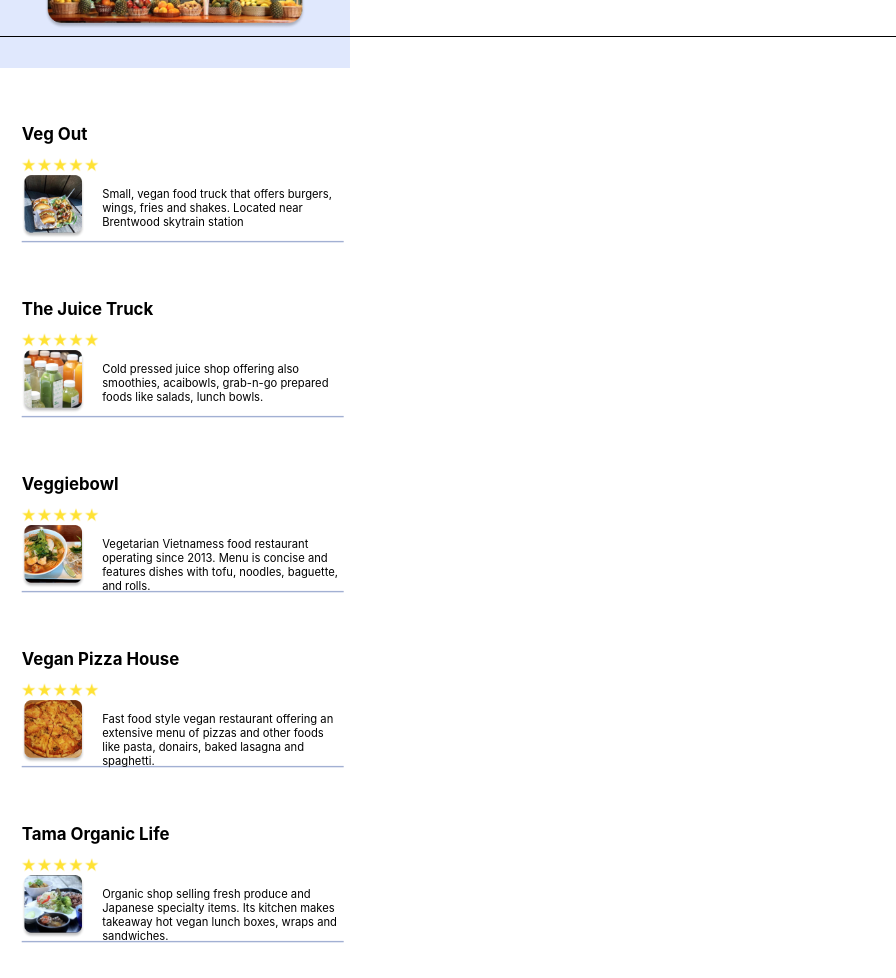
Repository: Kinakopan/design_mindfulEating_site
Page: /restaurant (app in firstapp/)
An editor plug-in stored every save of this project. The page is shown before and after the next save, followed by the edit.
The browser window is 1280 px wide. The pictures show the part of the page from y = 313 to 2233 px (the page is 1710 px tall before and 4380 px after), at 70% of full size.
The project was rebuilt for these pictures with package versions that can differ from the ones it lists, and the page was loaded fresh each time. The framework's server and built-in components were replaced by stand-ins that run in the browser. Also part of the build but not shown: firstapp/next.config.js.

Above is the page before, as saved 2022-04-21 11:37:02.

### firstapp/pages/restaurant.js
import ImgCard from "../comps/ImgCard";
import RestaurantCard from "../comps/RestaurantCard";



export default function Restaurant(){

    return (
    <div>
        <h1>Restaurant</h1>

        <ImgCard
        img="/restaurant.png"
        bg="#E0E8FD"/>


    <main>
        <RestaurantCard>
        </RestaurantCard>

        <RestaurantCard
            img="/juice truck.png"
            h2="The Juice Truck"
            txt="Cold pressed juice shop offering also smoothies, acaibowls, grab-n-go prepared foods like salads, lunch bowls."
        ></RestaurantCard>

        <RestaurantCard
            img="/veggie bowl.png"
            h2="Veggiebowl"
            txt="Vegetarian Vietnamess food restaurant operating since 2013. Menu is concise and features dishes with tofu, noodles, baguette, and rolls."
        ></RestaurantCard>

         <RestaurantCard
            img="/vegan pizza.png"
            h2="Vegan Pizza House"
            txt="Fast food style vegan restaurant offering an extensive menu of pizzas and other foods like pasta, donairs, baked lasagna and spaghetti."
        ></RestaurantCard>

        <RestaurantCard
            img="/Tama img.png"
            h2="Tama Organic Life"
            txt="Organic shop selling fresh produce and Japanese specialty items. Its kitchen makes takeaway hot vegan lunch boxes, wraps and sandwiches."
        ></RestaurantCard>


    </main>
    </div>

    )
}

### firstapp/comps/ImgCard.js
import { Children } from 'react';
import styled from 'styled-components';

const CardCont = styled.div`
    background-color: ${props=>props.cl};
    color: ${props=>props.text_cl};
    min-width: 375px;
    max-width: 500px;
    padding: 1em 3em 1em 3em;
    border-radius: ${props=>props.border_radius};
    margin: ${props=>props.margin};
`;

const DispImage = styled.img`
    width: 100%;
    padding: 1em;
    margin: ${props=>props.image_margin};
`;

const List = styled.div`
    text-align: right;
`;

export default function ImgCard({
    img="/food1.png",
    bg="#E0E8FD",
    tcl="#08213E",
    title="",
    txt="",
    bor="",
    mar="",
    n1,n2,n3,n4="",
    marg="",
    Children=null

}){

    return <CardCont cl={bg} text_cl={tcl} border_radius={bor} margin={mar}>
        <h1>{title}</h1>
        <DispImage src={img} image_margin={marg}/>
        <br/>
        <List>
            <h2>{n1}</h2>
            <h2>{n2}</h2>
            <h2>{n3}</h2>
            <h2>{n4}</h2>
        </List>
        <p>{txt}</p>
        {Children}

    </CardCont>
}

### firstapp/comps/RestaurantCard.js

import styled from 'styled-components';


const ReCont = styled.div`
background-color:white;
width:500px;
position:relative;
height: 250px;
top:50px;
left: 1px;
padding: 10px 10px 10px 30px;
`
;

const ReImg = styled.img`
width:90px;



`;


const Text = styled.p`
float:right;
width:75%;
font-size: 16px;
text-align: left;
margin: 3 3 3 3;

`
;


const ResItem = styled.div`
border-bottom:2px solid #A2b0d3;
line-hight: 60px;
`
;

const Title = styled.h2`
width:250px;

`
;

const Button = styled.img`
top:100px;
background-color:"red";
height:20px;
`


export default function RestaurantCard({
    img="/veg out.png",
    bg="#E0E8FD",
    h2="Veg Out",
    txt="Small, vegan food truck that offers burgers, wings, fries and shakes. Located near Brentwood skytrain station",


}){

    return <ReCont
    cl={bg} txt={txt}>
    <Title>{h2}</Title>
    <Button img src="/start rating.png"></Button>
    <ResItem>

        <ReImg src={img}></ReImg>

        <Text>{txt}</Text>


    </ResItem>


    </ReCont>

}


//export default function RestaurantCard(){
    //return(
   //     <img src="/veg out.png" />
   // )

//}

Loaded but not shown: firstapp/pages/_app.js (common file); firstapp/styles/globals.css (common file)

After the next save:
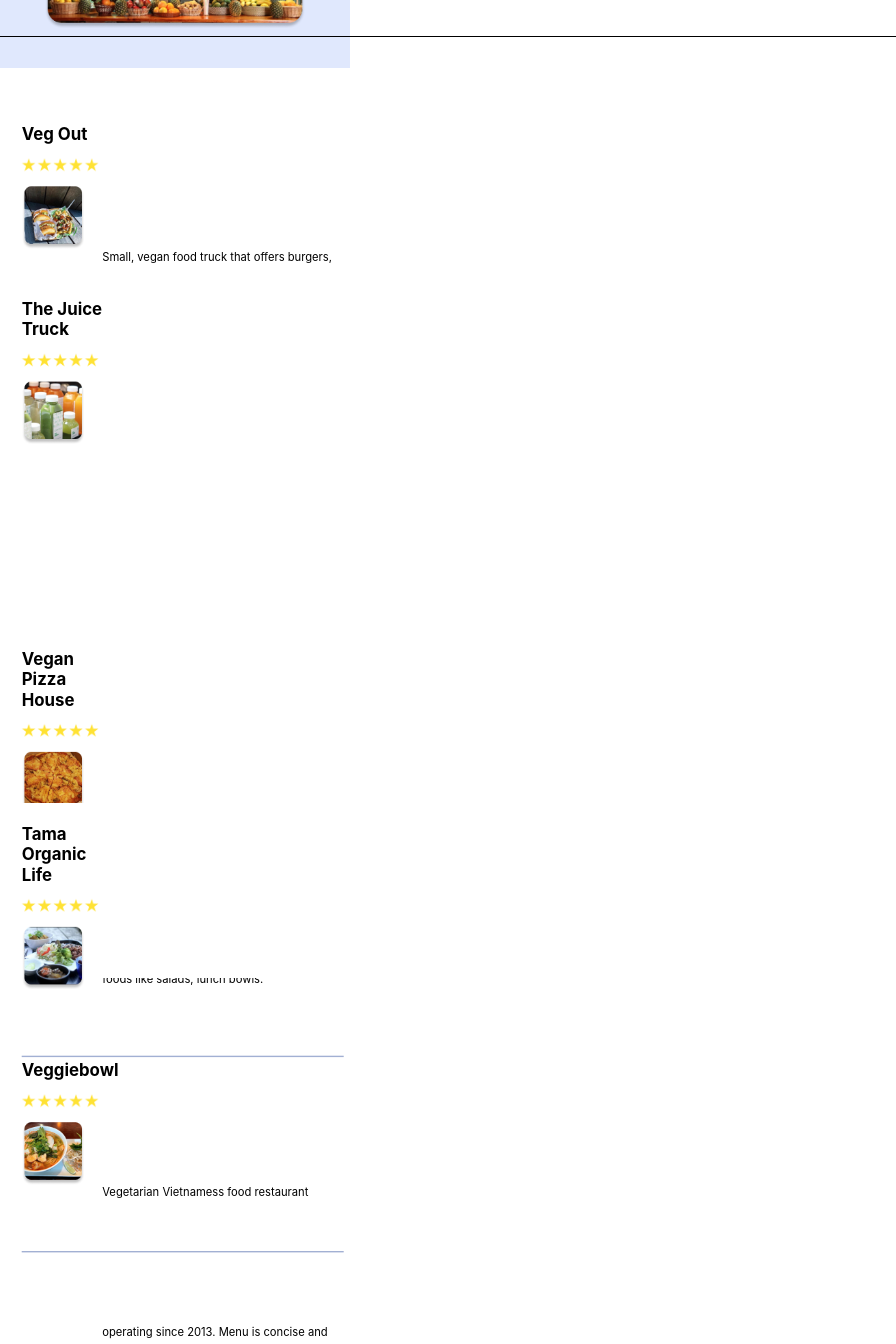
Saved 11 s later.
--- a/firstapp/comps/RestaurantCard.js
+++ b/firstapp/comps/RestaurantCard.js
@@ -34,7 +34,7 @@ margin: 3 3 3 3;
 
 const ResItem = styled.div`
 border-bottom:2px solid #A2b0d3;
-line-hight: 60px;
+line-height: 200px;
 `
 ;
 
